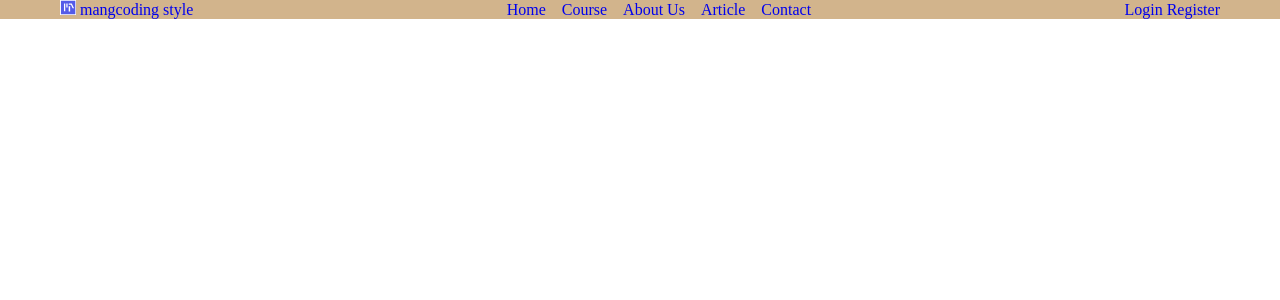
Repository: Dania-Alqam/landing-page
Page: index.html
These files come from the project's save history. The page is drawn as it stood at one moment and after a run of saves; the edit follows.
The browser window is 1280 px wide. The pictures show the whole page.

Above is the page before, as saved 2024-06-21 19:36:07.

After the next 2 saves:
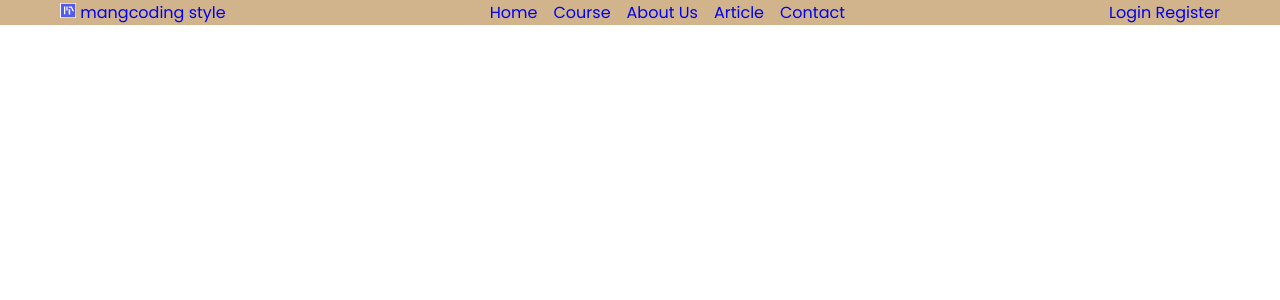
The 2 saves are shown as one change because they came seconds apart.
The last was saved 21 s later.
--- a/assests/css/public.css
+++ b/assests/css/public.css
@@ -7,8 +7,8 @@
     box-sizing: border-box;
 }
 :root{
-    --mainFont:  font-family: "Poppins", sans-serif;
-    --subFont:  font-family: "Inter", sans-serif;
+    --mainFont: "Poppins", sans-serif;
+    --subFont:  "Inter", sans-serif;
     --mainColor: #545BE8;
 
 }
